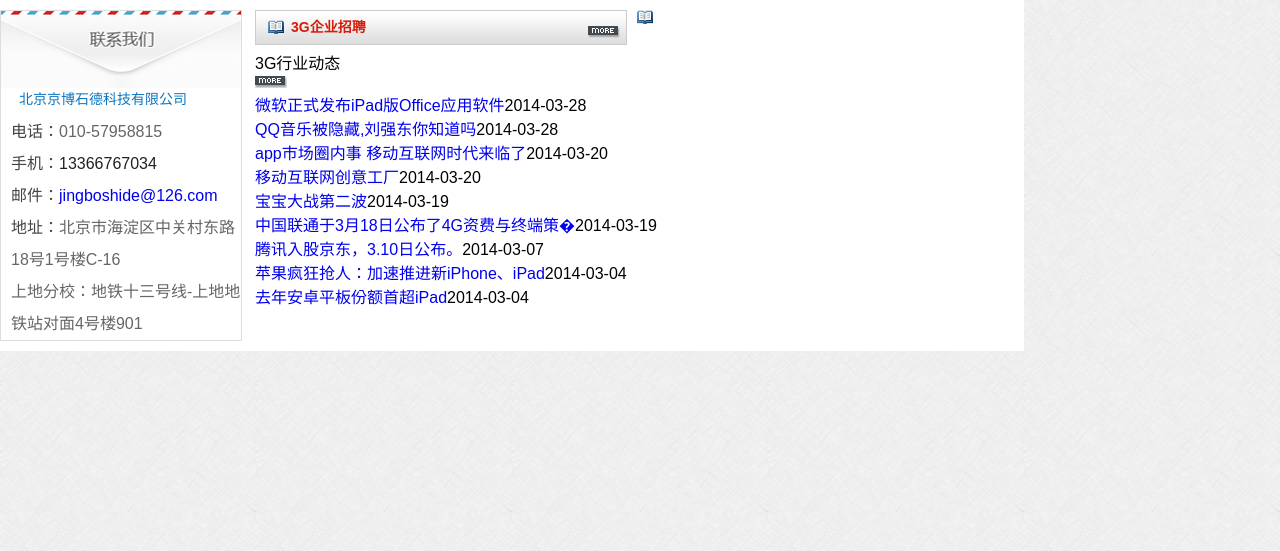
Repository: wzhcxw/shop
Page: ShopOnline/WebContent/about.html
An editor plug-in stored every save of this project. The page is shown before and after the next save, followed by the edit.
The browser window is 1280 px wide. The pictures show the whole page.

Above is the page before, as saved 2014-10-02 23:28:45.

After the next save:
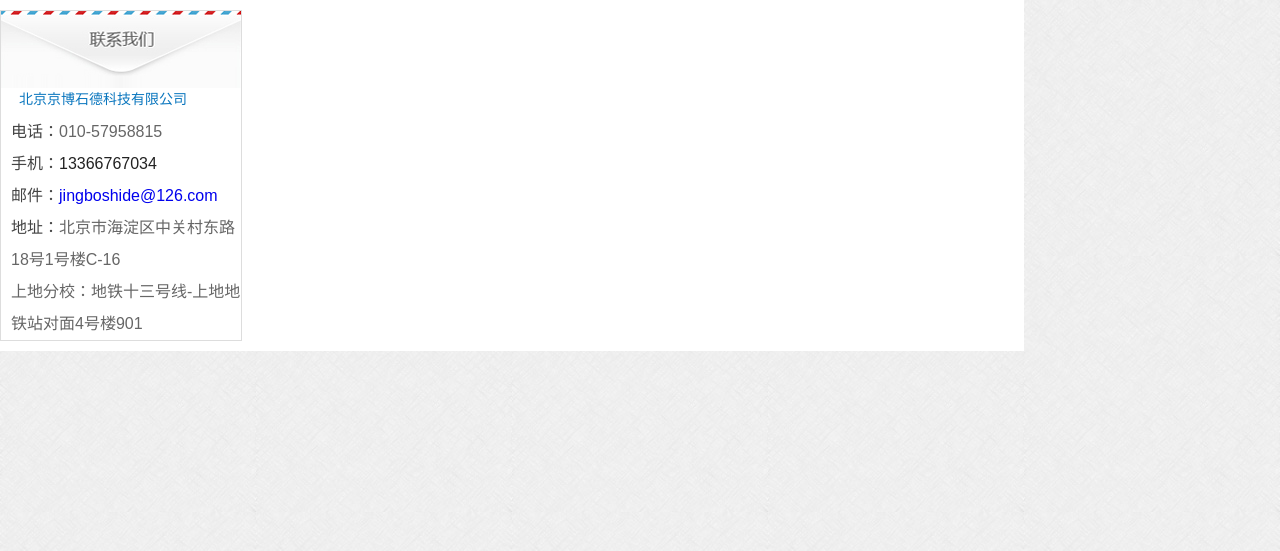
Saved 62 s later.
--- a/ShopOnline/WebContent/about.html
+++ b/ShopOnline/WebContent/about.html
@@ -38,30 +38,7 @@
 
 				<div class="right_frame">
 
-				     <div class="b1" >
-				        <dl class="b11">
-				          <dt><img src="/static/images/s1.jpg" width="16" height="14" />3G企业招聘</dt>
-				          <dd><a href="/?c=news&catid=26"><img src="./static/images/more.jpg" width="32" height="12" /></a></dd>
-				        </dl>
 
-				      </div>
-				      <div class="b9" style=" display:inline;">
-				        <dl class="b99">
-				          <dt><img src="/static/images/s1.jpg" width="16" height="14" />3G行业动态</dt>
-				          <dd><a href="/?c=news&catid=21"><img src="./static/images/more.jpg" width="32" height="12" /></a></dd>
-				        </dl>
-				        <ul>
-				        	          <li><a href="/?c=news&m=view&id=203">微软正式发布iPad版Office应用软件</a><span>2014-03-28</span></li>
-				                    <li><a href="/?c=news&m=view&id=202">QQ音乐被隐藏,刘强东你知道吗</a><span>2014-03-28</span></li>
-				                    <li><a href="/?c=news&m=view&id=199">app市场圈内事 移动互联网时代来临了</a><span>2014-03-20</span></li>
-				                    <li><a href="/?c=news&m=view&id=198">移动互联网创意工厂</a><span>2014-03-20</span></li>
-				                    <li><a href="/?c=news&m=view&id=197">宝宝大战第二波</a><span>2014-03-19</span></li>
-				                    <li><a href="/?c=news&m=view&id=196">中国联通于3月18日公布了4G资费与终端策�</a><span>2014-03-19</span></li>
-				                    <li><a href="/?c=news&m=view&id=195">腾讯入股京东，3.10日公布。</a><span>2014-03-07</span></li>
-				                    <li><a href="/?c=news&m=view&id=194">苹果疯狂抢人：加速推进新iPhone、iPad</a><span>2014-03-04</span></li>
-				                    <li><a href="/?c=news&m=view&id=193">去年安卓平板份额首超iPad</a><span>2014-03-04</span></li>
-				                  </ul>
-				      </div>
 
 
 				</div>
